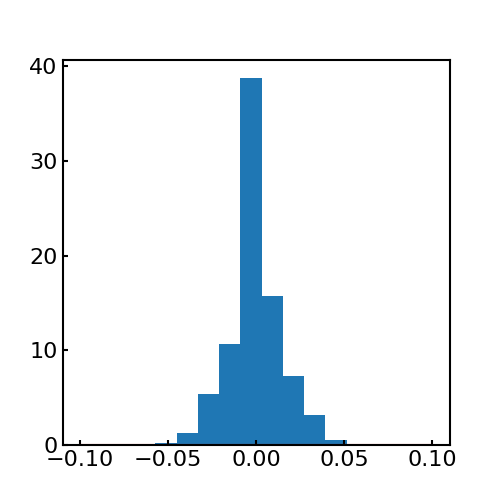
Repository: nishimuraHikar/PythonShowGraph
Script's output: python main.py
The author's editor kept a copy of each file at every save. The script's output is drawn from the files as they stood at one save, then again after the next save.
Random numbers start from a fixed seed.

Above is the script's output before, as saved 2022-03-03 02:22:32.

### main.py
from time import time
import graph
import numpy as np

datafile = 'predict.csv'

timedata = graph.ReadColumn(datafile,0)
forcedatax = graph.ReadColumn(datafile, 1)
predictdatax = graph.ReadColumn(datafile, 2)
forcedatay = graph.ReadColumn(datafile, 3)
predictdatay = graph.ReadColumn(datafile, 4)

# graph.graph_1data(timedata, rawdata, "Raw Data")
# graph.graph_2data(timedata, rawdata, predictdata, "Raw Data", "Predict Data")
# graph.multiplot_2and1(timedata, forcedatax, predictdatax, forcedatay,predictdatay, "Actual X", "Predict X", "Actual Y", "Predict Y")
graph.histgram(forcedatax-predictdatax, 10, 100)

### graph.py
import numpy as np
import matplotlib.pyplot as plt
import pandas as pd
from scipy.stats import norm

def ReadColumn(csv, line_num): #csvと列番号を指定
    #csvからndarray型に変換
    csvdata = pd.read_csv(csv, header=0, usecols=[line_num])
    # csvから読んだデータをnumpyの行列に入れる
    array = csvdata.values
    return array

# グラフ表示
# 1つのグラフ
def graph_1data(x_data, y_data, labelname):
    plt.rcParams['font.family'] = 'Times New Roman'
    plt.rcParams["xtick.direction"] = "in"
    plt.rcParams["ytick.direction"] = "in"
    plt.rcParams["xtick.major.width"] = 1.5
    plt.rcParams["ytick.major.width"] = 1.5
    plt.rcParams["font.size"] = 14
    plt.rcParams["axes.linewidth"] = 1.5

    plt.plot(x_data, y_data, c="darkorange", label=labelname)
    np.linspace(min(x_data), max(x_data), 100)
    # plt.ylim(-1.55, 1.55)
    # plt.ylim(min(y_data), max(y_data))
    plt.xlabel("Time[sec]", fontname = 'Times New Roman')
    plt.ylabel("Force[N]", fontname = 'Times New Roman')
    plt.legend()
    # plt.savefig('NNresult.png') #PNGファイル生成
    plt.show()


# 2つのグラフ
def graph_2data(x_data, y1_data, y2_data, labelname1, labelname2):
    plt.rcParams['font.family'] = 'Times New Roman'
    plt.rcParams["xtick.direction"] = "in"
    plt.rcParams["ytick.direction"] = "in"
    plt.rcParams["xtick.major.width"] = 1.5
    plt.rcParams["ytick.major.width"] = 1.5
    plt.rcParams["font.size"] = 14
    plt.rcParams["axes.linewidth"] = 1.5

    plt.plot(x_data, y1_data, c="darkorange", label=labelname1)
    plt.plot(x_data, y2_data, c="blue", label=labelname2)
    np.linspace(min(x_data), max(x_data), 100)
    # plt.ylim(-0.01, 0.01)
    # plt.ylim(min(y_data), max(y_data))
    plt.xlabel("Time[sec]", fontname = 'Times New Roman')
    plt.ylabel("Force[N]", fontname = 'Times New Roman')
    plt.legend()
# <<<<<<< HEAD
#     plt.savefig('NNresult.png') #PNGファイル生成
#     plt.show()

# マルチプロット2行1列
def multiplot_2and1(x_data, y_data1a, y_data1b, y_data2a, y_data2b, labelname1, labelname2, labelname3, labelname4):
    plt.rcParams['font.family'] = 'Times New Roman'
    plt.rcParams["xtick.direction"] = "in"
    plt.rcParams["ytick.direction"] = "in"
    plt.rcParams["xtick.major.width"] = 1.5
    plt.rcParams["ytick.major.width"] = 1.5
    plt.rcParams["font.size"] = 16
    plt.rcParams["axes.linewidth"] = 1.5

    plt.figure(figsize=[9, 7])
    # ax1 = fig.add_subplot(2, 1, 1)
    # ax2 = fig.add_subplot(2, 1, 2)

    plt.subplot(211)
    plt.plot(x_data, y_data1a, c="darkorange", label=labelname1)
    plt.plot(x_data, y_data1b, c="blue", label=labelname2)
    plt.ylabel("Force[N]", fontname = 'Times New Roman')
    plt.xlim(0, 60)
    plt.ylim(-0.1, 0.2)
    plt.axvspan(40, 60, color="gray", alpha=0.3)
    plt.legend(loc = 'upper left')

    plt.subplot(212)
    plt.plot(x_data, y_data2a, c="darkorange", label=labelname3)
    plt.plot(x_data, y_data2b, c="blue", label=labelname4)
    plt.ylabel("Force[N]", fontname = 'Times New Roman')
    plt.xlim(0, 60)
    plt.ylim(-0.1, 0.2)

    np.linspace(min(x_data), max(x_data), 100)
    plt.xlabel("Time[sec]", fontname = 'Times New Roman')
    plt.axvspan(40, 60, color="gray", alpha=0.3)
    plt.legend(loc = 'upper left')

    plt.tight_layout()
    plt.savefig("result.pdf")
    plt.show()

# ヒストグラム
def histgram(data, binsnum, scale):
    plt.rcParams['font.family'] = 'Times New Roman'
    plt.rcParams["xtick.direction"] = "in"
    plt.rcParams["ytick.direction"] = "in"
    plt.rcParams["xtick.major.width"] = 1.5
    plt.rcParams["ytick.major.width"] = 1.5
    plt.rcParams["font.size"] = 16
    plt.rcParams["axes.linewidth"] = 1.5
    fig = plt.figure(figsize = [5,5])
    ax = fig.add_subplot(111)
    ax.hist(data, bins = binsnum, density = True)
    X = np.linspace(-0.1, 0.1, 50)
    Y = norm.pdf(X, loc=0, scale=scale)
    ax.plot(X, Y, c="red")
    plt.show()

Loaded but not shown: predict.csv (59902 lines, source omitted)

After the next save:
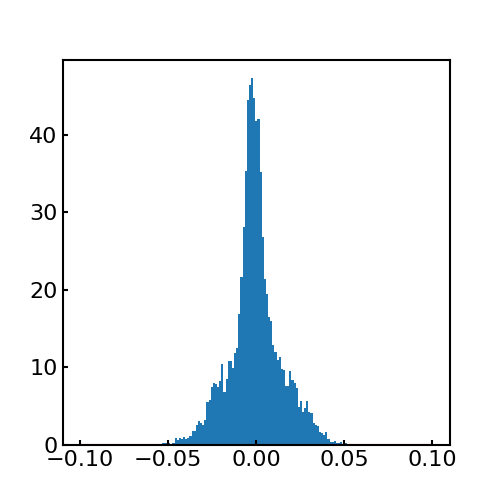
Saved 13 s later.
--- a/main.py
+++ b/main.py
@@ -13,4 +13,4 @@ predictdatay = graph.ReadColumn(datafile, 4)
 # graph.graph_1data(timedata, rawdata, "Raw Data")
 # graph.graph_2data(timedata, rawdata, predictdata, "Raw Data", "Predict Data")
 # graph.multiplot_2and1(timedata, forcedatax, predictdatax, forcedatay,predictdatay, "Actual X", "Predict X", "Actual Y", "Predict Y")
-graph.histgram(forcedatax-predictdatax, 10, 100)
+graph.histgram(forcedatax-predictdatax, 100, 100)
